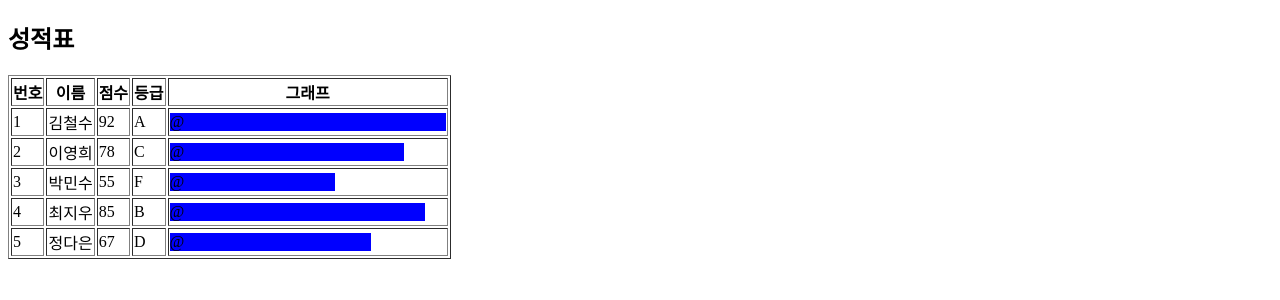
Repository: junirang330/Jsp2026
Page: http://localhost/chapter01/example_score.jsp
These files come from the project's save history. The page is drawn as it stood at one moment and after the next save; the edit follows.
The browser window is 1280 px wide. The pictures show the whole page.
The page is served by Tomcat 9.

Above is the page before, as saved 2026-10-16 05:21:37.

### chapter01/src/main/webapp/example_score.jsp
<%@ page language="java" contentType="text/html; charset=UTF-8"
    pageEncoding="UTF-8" import = "java.util.*" %>
<!DOCTYPE html>
<html>
<head>
<meta charset="UTF-8">
<title>연습문제02</title>
<style>

</style>
</head>
<body>
	<h2>성적표</h2>
	<table border = "1">
	<!-- 첫행 -->
	<tr>
		<th>번호</th>
		<th>이름</th>
		<th>점수</th>
		<th>등급</th>
		<th>그래프</th>
	</tr>

	<!-- 2행부터(반복문) -->
	<%!
		String[] names = {"김철수", "이영희", "박민수", "최지우", "정다은"};
		int[] scores = {92, 78, 55, 85, 67};

		public String getGrade(int score){
			String grade = "";
			if(score>=90){
				grade = "A";
			}else if(score>=80){
				grade = "B";
			}else if(score>=70){
				grade = "C";
			}else if(score>=60){
				grade = "D";
			}else{
				grade = "F";
			}
			return grade;
		}
	%>
	<%
		for(int i = 0; i<names.length; i++){
	%>
	<tr>
	<td><%=	i+1 %></td>
	<td><%=	names[i] %></td>
	<td><%=	scores[i] %></td>
	<td><%=	getGrade(scores[i]) %></td>
	<td><div style = "width : <%= scores[i]*3 %>px; background-color : blue;">@</div></td>
	</tr>

	<%
		}
	%>

	</table>
</body>
</html>

After the next save:
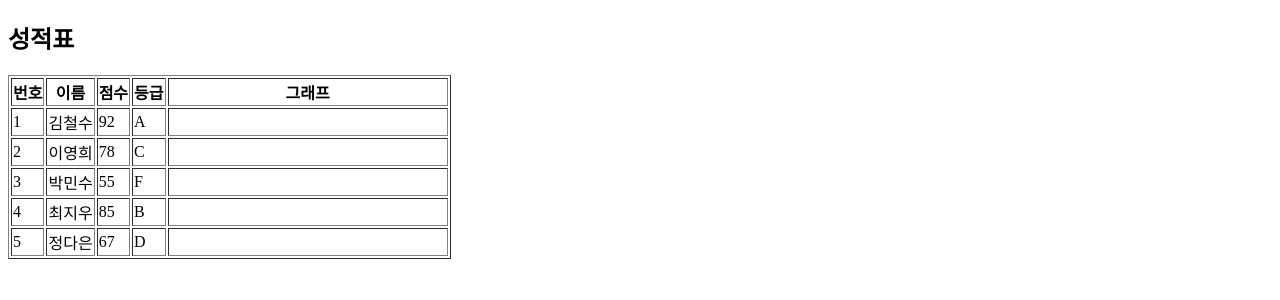
Saved 6 s later.
--- a/chapter01/src/main/webapp/example_score.jsp
+++ b/chapter01/src/main/webapp/example_score.jsp
@@ -50,7 +50,7 @@
 	<td><%=	names[i] %></td>
 	<td><%=	scores[i] %></td>
 	<td><%=	getGrade(scores[i]) %></td>
-	<td><div style = "width : <%= scores[i]*3 %>px; background-color : blue;">@</div></td>
+	<td><div style = "width : <%= scores[i]*3 %>px; background-color : blue;"></div></td>
 	</tr>
 
 	<%
